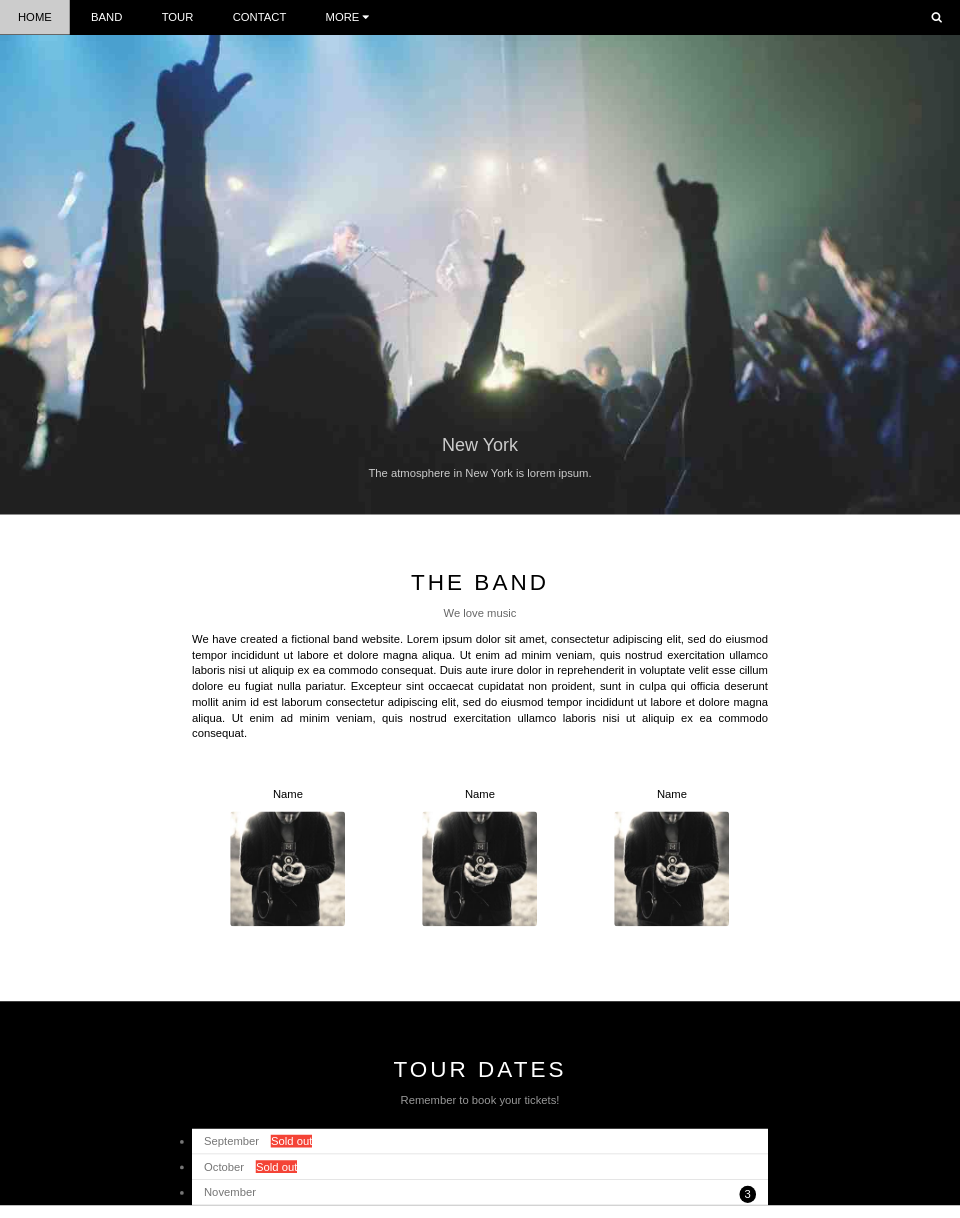
Repository: nguyenhoang2002062929/band
Page: index.html
These files come from the project's save history. The page is drawn as it stood at one moment and after the next save; the edit follows.
The browser window is 1280 px wide. The pictures show the whole page, at 75% of full size.

Above is the page before, as saved 2023-06-05 14:30:32.

### index.html
<!DOCTYPE html>
<html lang="en">
<head>
    <meta charset="UTF-8">
    <meta http-equiv="X-UA-Compatible" content="IE=edge">
    <meta name="viewport" content="width=device-width, initial-scale=1.0">
    <title>Bank music   </title>
    <link rel="stylesheet" href="assets/css/style.css">
    <link rel="stylesheet" href="https://cdnjs.cloudflare.com/ajax/libs/font-awesome/4.7.0/css/font-awesome.min.css">
</head>
<body>
    <div class="main">
        <div class="header">
            <ul class="nav">
                <li><a href="">HOME</a></li>
                <li><a href="">BAND</a></li>
                <li><a href="">TOUR</a></li>
                <li><a href="">CONTACT</a></li>
                <li>
                    <a href="" >MORE <i class="fa fa-caret-down"></i></a>
                    <ul class="subnav">
                        <li><a href="">Merchandise</a></li>
                        <li><a href="">Extras</a></li>
                        <li><a href="">Media</a></li>
                    </ul>
                </li>
            </ul>

            <div class="search">
                <a href=""><i class="fa fa-search"></i></a>
            </div>
        </div>

        <div class="slider">
            <div class="text-content">
                <h2 class="text-heading">New York</h2>
                <p class="text-description">The atmosphere in New York is lorem ipsum.</p>
            </div>
        </div>

        <div class="content">
            <div class="about">
                <div class="content-section">
                    <h2 class="section-heading">THE BAND</h2>
                    <p class="section-sub-heading">We love music</p>
                    <p class="section-text">We have created a fictional band website. Lorem ipsum dolor sit amet, consectetur adipiscing elit, sed do eiusmod tempor incididunt ut labore et dolore magna aliqua. Ut enim ad minim veniam, quis nostrud exercitation ullamco laboris nisi ut aliquip ex ea commodo consequat. Duis aute irure dolor in reprehenderit in voluptate velit esse cillum dolore eu fugiat nulla pariatur. Excepteur sint occaecat cupidatat non proident, sunt in culpa qui officia deserunt mollit anim id est laborum consectetur adipiscing elit, sed do eiusmod tempor incididunt ut labore et dolore magna aliqua. Ut enim ad minim veniam, quis nostrud exercitation ullamco laboris nisi ut aliquip ex ea commodo consequat.</p>
                </div>
                <div class="content-member">
                    <div class="member">
                        <div class="member-text">
                            <p>Name</p>
                        </div>
                        <div class="member-img">
                            <img src="./assets/img/member/bandmember.jpg" alt="">
                        </div>
                    </div>
                    <div class="member">
                        <div class="member-text">
                            <p>Name</p>
                        </div>
                        <div class="member-img">
                            <img src="./assets/img/member/bandmember.jpg" alt="">
                        </div>
                    </div>
                    <div class="member">
                        <div class="member-text">
                            <p>Name</p>
                        </div>
                        <div class="member-img">
                            <img src="./assets/img/member/bandmember.jpg" alt="">
                        </div>
                    </div>
                </div>
            </div>

            <!-- tour -->
            <div class="tour">
                <div class="tour-section">
                    <div class="content-section text-while ">
                        <h2 class="section-heading ">TOUR DATES</h2>
                        <p class="section-sub-heading">Remember to book your tickets!</p>
                    </div>
                    <ul class="tickets">
                        <li>September<span class="sold-out">Sold out</span></li>
                        <li>October<span class="sold-out">Sold out</span></li>
                        <li>November<span class="quantity">3</span></li>
                    </ul>
                </div>

            </div>

        </div>

        <div class="footer">

        </div>
    </div>
</body>
</html>

### assets/css/style.css
*{
    margin: 0;
    padding: 0;
    box-sizing: border-box;
}
html{
    font-family: Arial, Helvetica, sans-serif;
}
.text-while{
    color: #fff !important;
}
.header{
    z-index: 1;
    position: fixed;
    height: 46px;
    background-color: #000;
    top: 0;
    left: 0;
    right: 0;
}
.header .nav {
    display: inline-block;
   line-height: 46px;
}
.header .nav > li > a{
    text-decoration: none;
    padding: 0px 24px;
    color: #fff;
    font-size: 15px;
}
.header .nav > li{
    display: inline-block;
    position: relative;
}
.header .nav > li:hover > a{
    display: block;
    color: #000;
    background-color: #ccc;
}
.header .nav .subnav{
    position: absolute;
    display: none;
    background-color: #fff;
    box-shadow: 0 0 10px rgba(0, 0, 0, 0.3) ;
}
.subnav li{
      min-width: 160px;
      list-style-type: none;
}
.nav > li:hover > .subnav{
    display: block;
}
.subnav li:hover a{
    color: #000;
    background-color: #ccc;
}
.subnav a{
    display: block;
    text-decoration: none;
    color: #000;
    padding: 0px 24px;
}
.search{
float: right;
padding: 0 24px;
line-height: 46px;
cursor: pointer;
}
.search a{
    color: rgb(255, 255, 255);
    font-size: 15px;
}
.search:hover{
    color: rgb(255, 255, 255);
    background-color: #f44336!important;
}

.slider{
    position: relative;
    margin-top: 46px;
    padding-top: 50%;
    background: url('../img/slider/slider2.jpg') center top / cover no-repeat;
}
.slider .text-content{
    position: absolute;
    color: #ccc;
    bottom: 0;
    left: 50%;
    transform: translateX(-50%);
    text-align: center;
    padding: 32px 16px;
}
.text-content .text-heading{
    font-size: 24px;
    margin-top: 10px;
    font-weight: 200;
}
.text-content .text-description{
    font-size: 15px;
    margin: 15px 0;
}
.about{
    width: 768px;
   margin-right: auto;
    margin-left: auto;
    padding-bottom: 64px;
}
.content-section{
    text-align: center;
    padding-top: 64px;
    padding-bottom: 15px;
}
.content-section .section-heading{
    font-size: 30px;
    font-weight: 300;
    letter-spacing: 4px;
    margin: 10px;
}
.content-section .section-sub-heading{
    font-size: 15px;
    font-weight: initial;
    margin: 15px;
    opacity: 0.6;
}
.content-section .section-text{
    font-size: 15px;
    text-align: justify;
    line-height: 1.4;
}
.content-member{
    display: flex;
    text-align: center;
    align-items: center;
    padding: 32px 0;
}
.member-text{
    font-size: 15px;
    margin: 15px 0;
}
.member-img img{
    width: 153px;
    border-radius: 4px;
}
.content-member .member{

    width: 33.333%;
}
.tour{
     background-color: #000;
}
.tour-section{
    width: 768px;
    margin-right: auto;
    margin-left: auto;
}
.tickets{
    background-color: #fff;
}
.tickets li{
    border-bottom: 1px solid #ddd;
    padding: 8px 16px;
    font-size: 15px;
    color: rgb(117, 117, 117);
}
.tickets .sold-out{
    color: #fff;
    background-color: #f44336;
    margin: 16px;
    padding: opx 8px;
}
.tickets .quantity{
    float:right;
    height: 22.5px;
    width: 22.5px;
    border-radius: 50%;
    background-color: #000;
    color: #fff;
    text-align: center;
    line-height: 22.5px;
    margin-bottom: 20px;
}

After the next save:
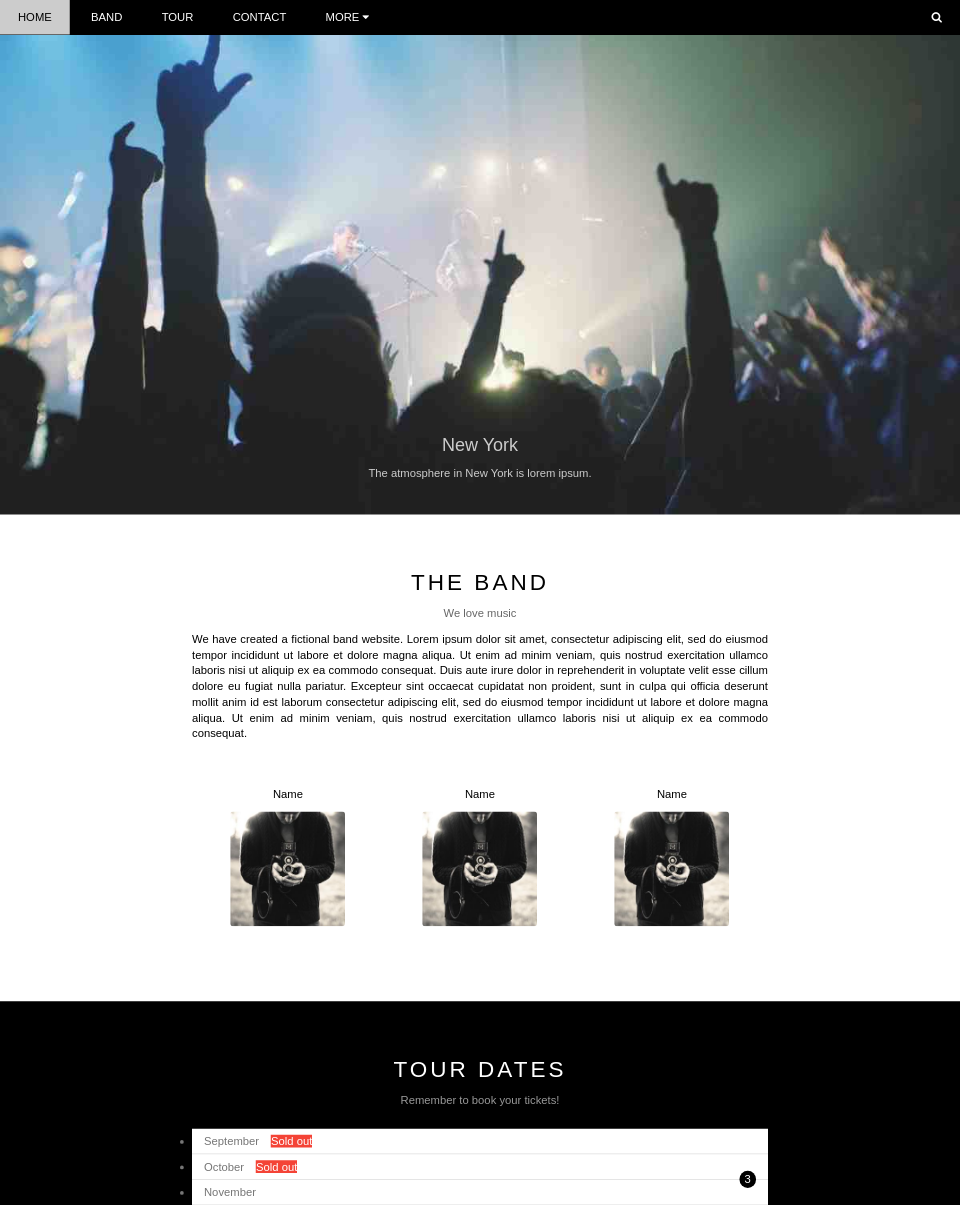
Saved 19 s later.
--- a/assets/css/style.css
+++ b/assets/css/style.css
@@ -177,5 +177,5 @@ cursor: pointer;
     color: #fff;
     text-align: center;
     line-height: 22.5px;
-    margin-bottom: 20px;
+    margin-top: -20px;
 }
